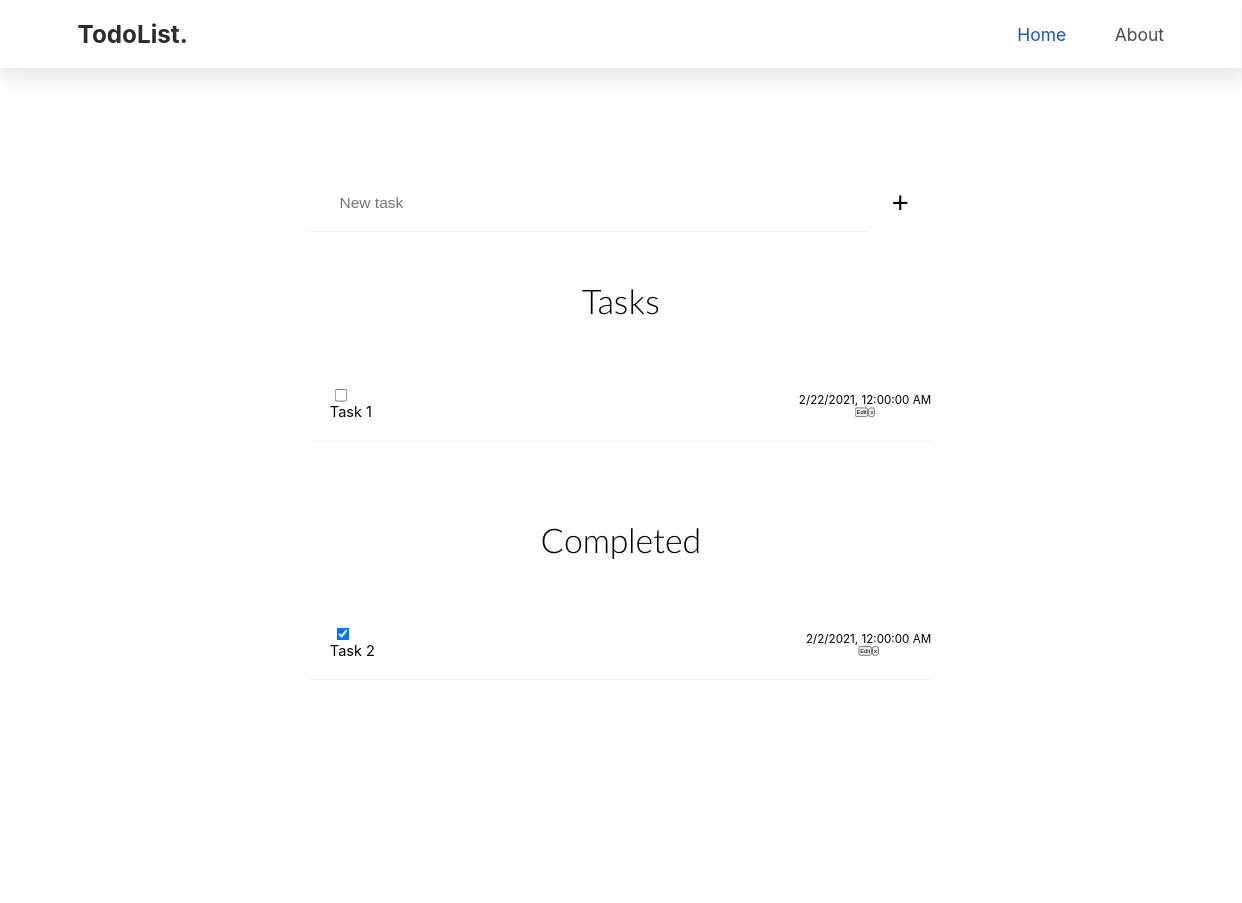
Repository: dqhuy153/react-todoList
Page: /
The author's editor kept a copy of each file at every save. The page is drawn from the files as they stood at one save, then again after the next save.
The browser window is 1280 px wide. The pictures show the whole page, at 97% of full size.
The project was rebuilt for these pictures with package versions that can differ from the ones it lists, and the page was loaded fresh each time. Also part of the build but not shown: src/components/UI/LoadingSpinner.module.scss.

Above is the page before, as saved 2021-09-16 22:15:37.

After the next save:
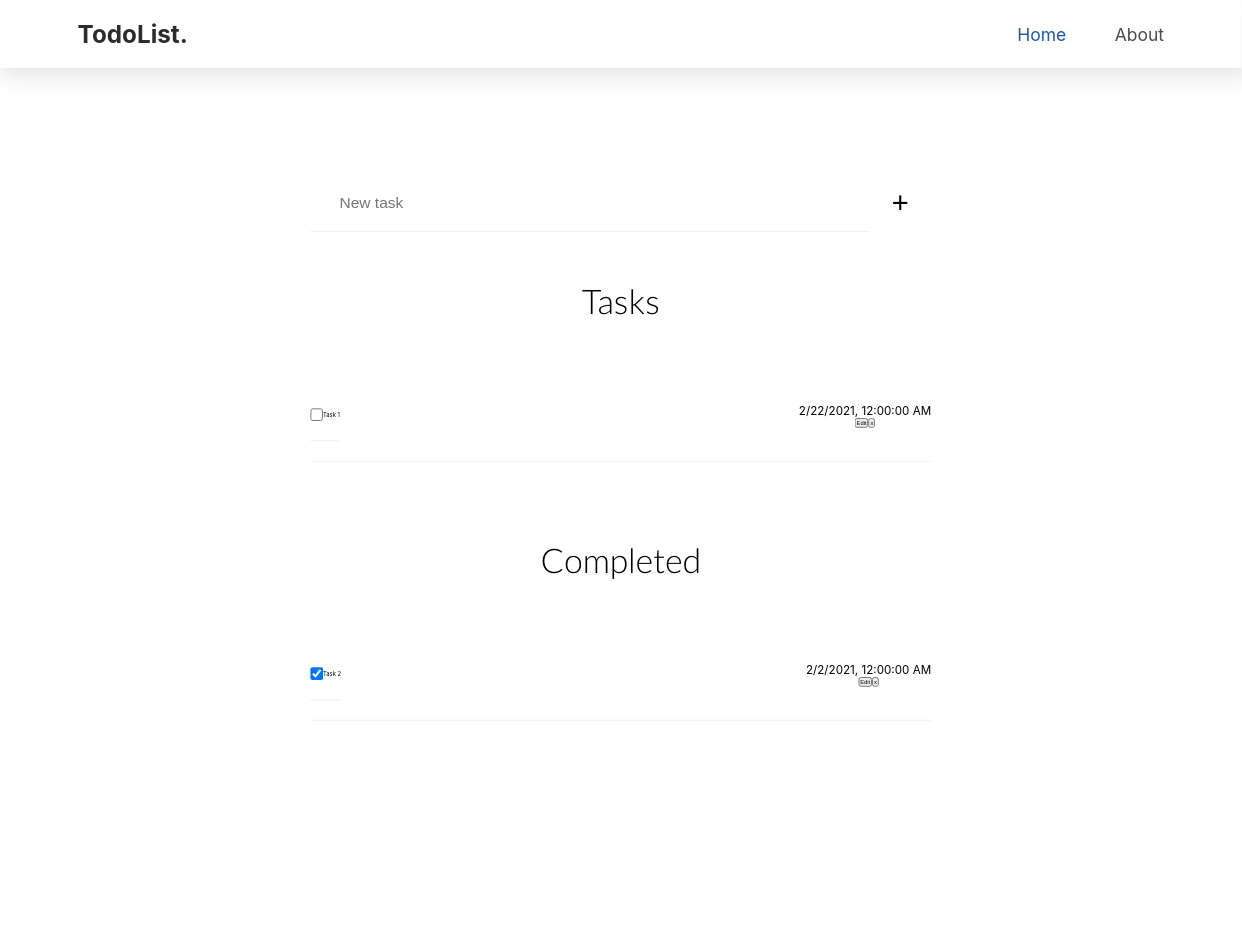
Saved 23 s later.
--- a/src/components/todos/TodoItem.js
+++ b/src/components/todos/TodoItem.js
@@ -10,7 +10,7 @@ export default function TodoItem({
 }) {
   return (
     <div className={`${styles.container} ${styles.flex}`}>
-      <div className={styles.task}>
+      <div className={`${styles.container} ${styles.flex}`}>
         <input
           type="checkbox"
           checked={completed}
